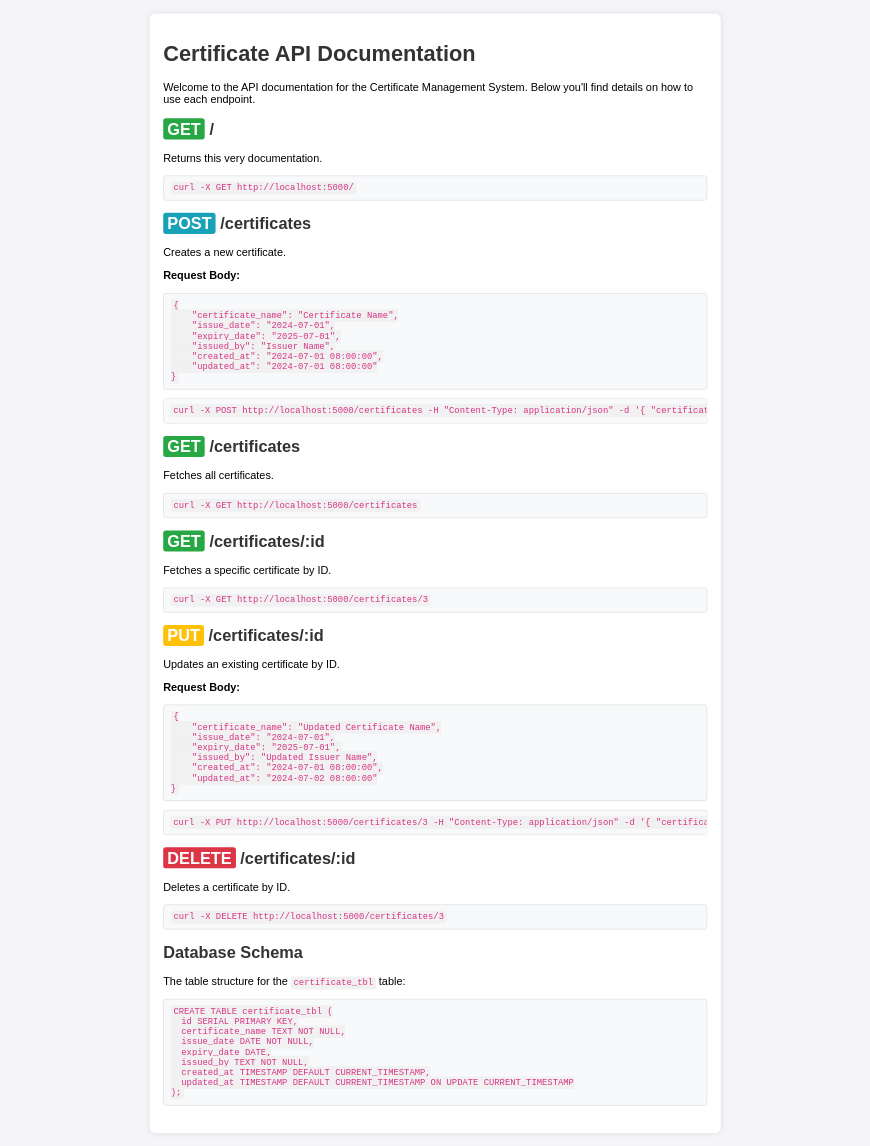
Repository: SpicierEwe/eod_node_express_server
Page: api_documentation/documentation.html
An editor plug-in stored every save of this project. The page is shown before and after the next save, followed by the edit.
The browser window is 1280 px wide. The pictures show the whole page, at 68% of full size.

Above is the page before, as saved 2024-07-30 16:57:19.

### api_documentation/documentation.html
<!DOCTYPE html>
<html lang="en">
  <head>
    <meta charset="UTF-8" />
    <meta name="viewport" content="width=device-width, initial-scale=1.0" />
    <title>Certificate API Documentation</title>
    <style>
      body {
        font-family: Arial, sans-serif;
        background-color: #f4f4f9;
        margin: 0;
        padding: 20px;
      }
      .container {
        max-width: 800px;
        margin: auto;
        background: #fff;
        padding: 20px;
        box-shadow: 0 0 10px rgba(0, 0, 0, 0.1);
        border-radius: 8px;
      }
      h1,
      h2 {
        color: #333;
      }
      .route {
        margin: 20px 0;
      }
      .method {
        font-weight: bold;
        color: #fff;
        background: #007bff;
        padding: 2px 6px;
        border-radius: 4px;
      }
      .method.get {
        background: #28a745;
      }
      .method.post {
        background: #17a2b8;
      }
      .method.put {
        background: #ffc107;
      }
      .method.delete {
        background: #dc3545;
      }
      code {
        background: #f1f1f1;
        padding: 2px 4px;
        border-radius: 4px;
        color: #d63384;
      }
      pre {
        background: #f8f9fa;
        padding: 10px;
        border-radius: 4px;
        overflow: auto;
        border: 1px solid #ddd;
      }
    </style>
  </head>
  <body>
    <div class="container">
      <h1>Certificate API Documentation</h1>
      <p>
        Welcome to the API documentation for the Certificate Management System.
        Below you'll find details on how to use each endpoint.
      </p>

      <div class="route">
        <h2><span class="method get">GET</span> /</h2>
        <p>Returns this very documentation.</p>
        <pre><code>curl -X GET http://localhost:5000/</code></pre>
      </div>

      <div class="route">
        <h2><span class="method post">POST</span> /certificates</h2>
        <p>Creates a new certificate.</p>
        <p><strong>Request Body:</strong></p>
        <pre><code>{
    "certificate_name": "Certificate Name",
    "issue_date": "2024-07-01",
    "expiry_date": "2025-07-01",
    "issued_by": "Issuer Name",
    "created_at": "2024-07-01 08:00:00",
    "updated_at": "2024-07-01 08:00:00"
}</code></pre>
        <pre><code>curl -X POST http://localhost:5000/certificates -H "Content-Type: application/json" -d '{ "certificate_name": "Certificate Name", "issue_date": "2024-07-01", "expiry_date": "2025-07-01", "issued_by": "Issuer Name", "created_at": "2024-07-01 08:00:00", "updated_at": "2024-07-01 08:00:00" }'</code></pre>
      </div>

      <div class="route">
        <h2><span class="method get">GET</span> /certificates</h2>
        <p>Fetches all certificates.</p>
        <pre><code>curl -X GET http://localhost:5000/certificates</code></pre>
      </div>

      <div class="route">
        <h2><span class="method get">GET</span> /certificates/:id</h2>
        <p>Fetches a specific certificate by ID.</p>
        <pre><code>curl -X GET http://localhost:5000/certificates/3</code></pre>
      </div>

      <div class="route">
        <h2><span class="method put">PUT</span> /certificates/:id</h2>
        <p>Updates an existing certificate by ID.</p>
        <p><strong>Request Body:</strong></p>
        <pre><code>{
    "certificate_name": "Updated Certificate Name",
    "issue_date": "2024-07-01",
    "expiry_date": "2025-07-01",
    "issued_by": "Updated Issuer Name",
    "created_at": "2024-07-01 08:00:00",
    "updated_at": "2024-07-02 08:00:00"
}</code></pre>
        <pre><code>curl -X PUT http://localhost:5000/certificates/3 -H "Content-Type: application/json" -d '{ "certificate_name": "Updated Certificate Name", "issue_date": "2024-07-01", "expiry_date": "2025-07-01", "issued_by": "Updated Issuer Name", "created_at": "2024-07-01 08:00:00", "updated_at": "2024-07-02 08:00:00" }'</code></pre>
      </div>

      <div class="route">
        <h2><span class="method delete">DELETE</span> /certificates/:id</h2>
        <p>Deletes a certificate by ID.</p>
        <pre><code>curl -X DELETE http://localhost:5000/certificates/3</code></pre>
      </div>

      <div class="route">
        <h2>Database Schema</h2>
        <p>The table structure for the <code>certificate_tbl</code> table:</p>
        <pre><code>CREATE TABLE certificate_tbl (
  id SERIAL PRIMARY KEY,
  certificate_name TEXT NOT NULL,
  issue_date DATE NOT NULL,
  expiry_date DATE,
  issued_by TEXT NOT NULL,
  created_at TIMESTAMP DEFAULT CURRENT_TIMESTAMP,
  updated_at TIMESTAMP DEFAULT CURRENT_TIMESTAMP ON UPDATE CURRENT_TIMESTAMP
);
</code></pre>
      </div>
    </div>
  </body>
</html>

After the next save:
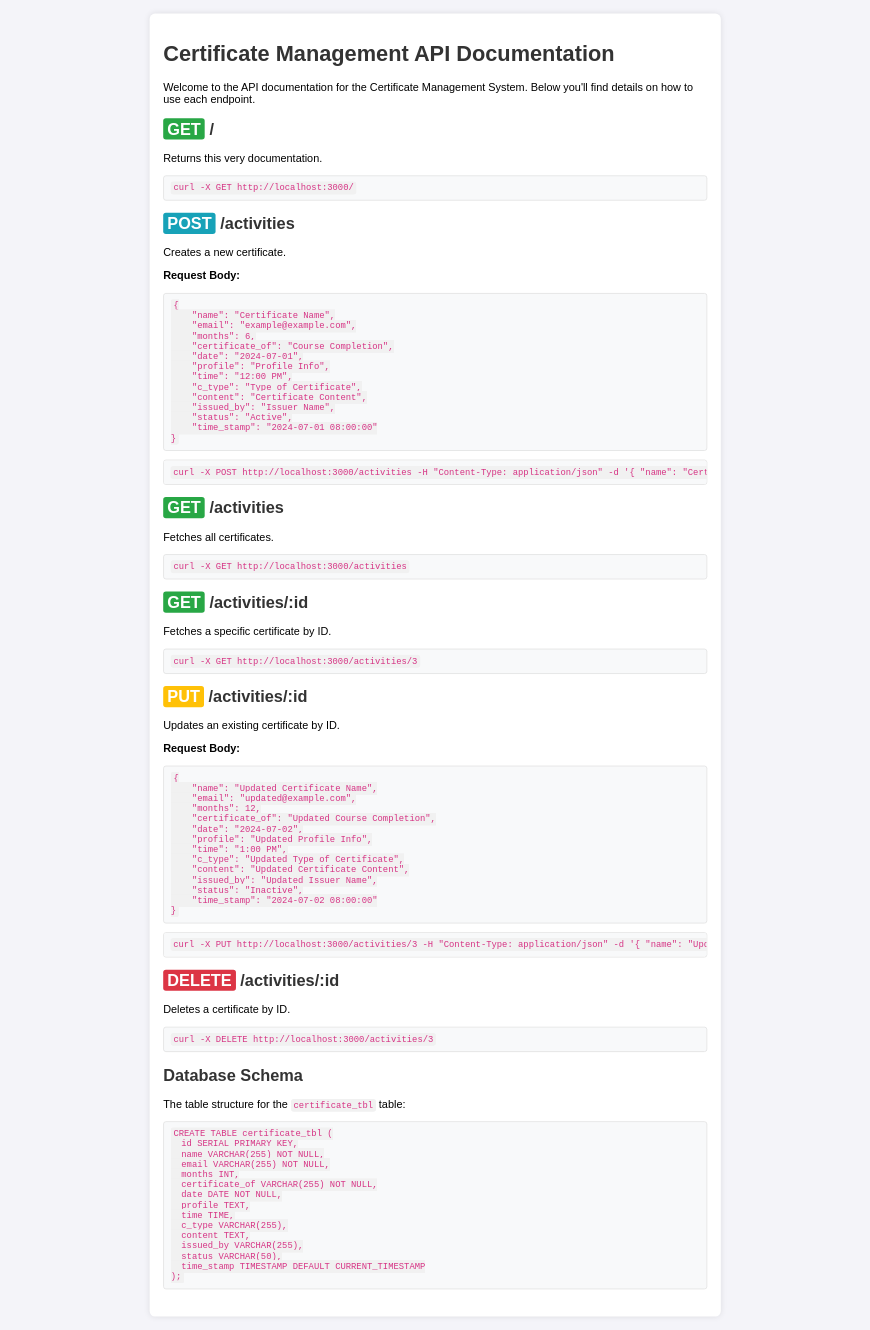
Saved 3 min 51 s later.
--- a/api_documentation/documentation.html
+++ b/api_documentation/documentation.html
@@ -3,7 +3,7 @@
   <head>
     <meta charset="UTF-8" />
     <meta name="viewport" content="width=device-width, initial-scale=1.0" />
-    <title>Certificate API Documentation</title>
+    <title>Certificate Management API Documentation</title>
     <style>
       body {
         font-family: Arial, sans-serif;
@@ -62,7 +62,7 @@
   </head>
   <body>
     <div class="container">
-      <h1>Certificate API Documentation</h1>
+      <h1>Certificate Management API Documentation</h1>
       <p>
         Welcome to the API documentation for the Certificate Management System.
         Below you'll find details on how to use each endpoint.
@@ -71,55 +71,67 @@
       <div class="route">
         <h2><span class="method get">GET</span> /</h2>
         <p>Returns this very documentation.</p>
-        <pre><code>curl -X GET http://localhost:5000/</code></pre>
+        <pre><code>curl -X GET http://localhost:3000/</code></pre>
       </div>
 
       <div class="route">
-        <h2><span class="method post">POST</span> /certificates</h2>
+        <h2><span class="method post">POST</span> /activities</h2>
         <p>Creates a new certificate.</p>
         <p><strong>Request Body:</strong></p>
         <pre><code>{
-    "certificate_name": "Certificate Name",
-    "issue_date": "2024-07-01",
-    "expiry_date": "2025-07-01",
+    "name": "Certificate Name",
+    "email": "example@example.com",
+    "months": 6,
+    "certificate_of": "Course Completion",
+    "date": "2024-07-01",
+    "profile": "Profile Info",
+    "time": "12:00 PM",
+    "c_type": "Type of Certificate",
+    "content": "Certificate Content",
     "issued_by": "Issuer Name",
-    "created_at": "2024-07-01 08:00:00",
-    "updated_at": "2024-07-01 08:00:00"
+    "status": "Active",
+    "time_stamp": "2024-07-01 08:00:00"
 }</code></pre>
-        <pre><code>curl -X POST http://localhost:5000/certificates -H "Content-Type: application/json" -d '{ "certificate_name": "Certificate Name", "issue_date": "2024-07-01", "expiry_date": "2025-07-01", "issued_by": "Issuer Name", "created_at": "2024-07-01 08:00:00", "updated_at": "2024-07-01 08:00:00" }'</code></pre>
+        <pre><code>curl -X POST http://localhost:3000/activities -H "Content-Type: application/json" -d '{ "name": "Certificate Name", "email": "example@example.com", "months": 6, "certificate_of": "Course Completion", "date": "2024-07-01", "profile": "Profile Info", "time": "12:00 PM", "c_type": "Type of Certificate", "content": "Certificate Content", "issued_by": "Issuer Name", "status": "Active", "time_stamp": "2024-07-01 08:00:00" }'</code></pre>
       </div>
 
       <div class="route">
-        <h2><span class="method get">GET</span> /certificates</h2>
+        <h2><span class="method get">GET</span> /activities</h2>
         <p>Fetches all certificates.</p>
-        <pre><code>curl -X GET http://localhost:5000/certificates</code></pre>
+        <pre><code>curl -X GET http://localhost:3000/activities</code></pre>
       </div>
 
       <div class="route">
-        <h2><span class="method get">GET</span> /certificates/:id</h2>
+        <h2><span class="method get">GET</span> /activities/:id</h2>
         <p>Fetches a specific certificate by ID.</p>
-        <pre><code>curl -X GET http://localhost:5000/certificates/3</code></pre>
+        <pre><code>curl -X GET http://localhost:3000/activities/3</code></pre>
       </div>
 
       <div class="route">
-        <h2><span class="method put">PUT</span> /certificates/:id</h2>
+        <h2><span class="method put">PUT</span> /activities/:id</h2>
         <p>Updates an existing certificate by ID.</p>
         <p><strong>Request Body:</strong></p>
         <pre><code>{
-    "certificate_name": "Updated Certificate Name",
-    "issue_date": "2024-07-01",
-    "expiry_date": "2025-07-01",
+    "name": "Updated Certificate Name",
+    "email": "updated@example.com",
+    "months": 12,
+    "certificate_of": "Updated Course Completion",
+    "date": "2024-07-02",
+    "profile": "Updated Profile Info",
+    "time": "1:00 PM",
+    "c_type": "Updated Type of Certificate",
+    "content": "Updated Certificate Content",
     "issued_by": "Updated Issuer Name",
-    "created_at": "2024-07-01 08:00:00",
-    "updated_at": "2024-07-02 08:00:00"
+    "status": "Inactive",
+    "time_stamp": "2024-07-02 08:00:00"
 }</code></pre>
-        <pre><code>curl -X PUT http://localhost:5000/certificates/3 -H "Content-Type: application/json" -d '{ "certificate_name": "Updated Certificate Name", "issue_date": "2024-07-01", "expiry_date": "2025-07-01", "issued_by": "Updated Issuer Name", "created_at": "2024-07-01 08:00:00", "updated_at": "2024-07-02 08:00:00" }'</code></pre>
+        <pre><code>curl -X PUT http://localhost:3000/activities/3 -H "Content-Type: application/json" -d '{ "name": "Updated Certificate Name", "email": "updated@example.com", "months": 12, "certificate_of": "Updated Course Completion", "date": "2024-07-02", "profile": "Updated Profile Info", "time": "1:00 PM", "c_type": "Updated Type of Certificate", "content": "Updated Certificate Content", "issued_by": "Updated Issuer Name", "status": "Inactive", "time_stamp": "2024-07-02 08:00:00" }'</code></pre>
       </div>
 
       <div class="route">
-        <h2><span class="method delete">DELETE</span> /certificates/:id</h2>
+        <h2><span class="method delete">DELETE</span> /activities/:id</h2>
         <p>Deletes a certificate by ID.</p>
-        <pre><code>curl -X DELETE http://localhost:5000/certificates/3</code></pre>
+        <pre><code>curl -X DELETE http://localhost:3000/activities/3</code></pre>
       </div>
 
       <div class="route">
@@ -127,12 +139,18 @@
         <p>The table structure for the <code>certificate_tbl</code> table:</p>
         <pre><code>CREATE TABLE certificate_tbl (
   id SERIAL PRIMARY KEY,
-  certificate_name TEXT NOT NULL,
-  issue_date DATE NOT NULL,
-  expiry_date DATE,
-  issued_by TEXT NOT NULL,
-  created_at TIMESTAMP DEFAULT CURRENT_TIMESTAMP,
-  updated_at TIMESTAMP DEFAULT CURRENT_TIMESTAMP ON UPDATE CURRENT_TIMESTAMP
+  name VARCHAR(255) NOT NULL,
+  email VARCHAR(255) NOT NULL,
+  months INT,
+  certificate_of VARCHAR(255) NOT NULL,
+  date DATE NOT NULL,
+  profile TEXT,
+  time TIME,
+  c_type VARCHAR(255),
+  content TEXT,
+  issued_by VARCHAR(255),
+  status VARCHAR(50),
+  time_stamp TIMESTAMP DEFAULT CURRENT_TIMESTAMP
 );
 </code></pre>
       </div>
